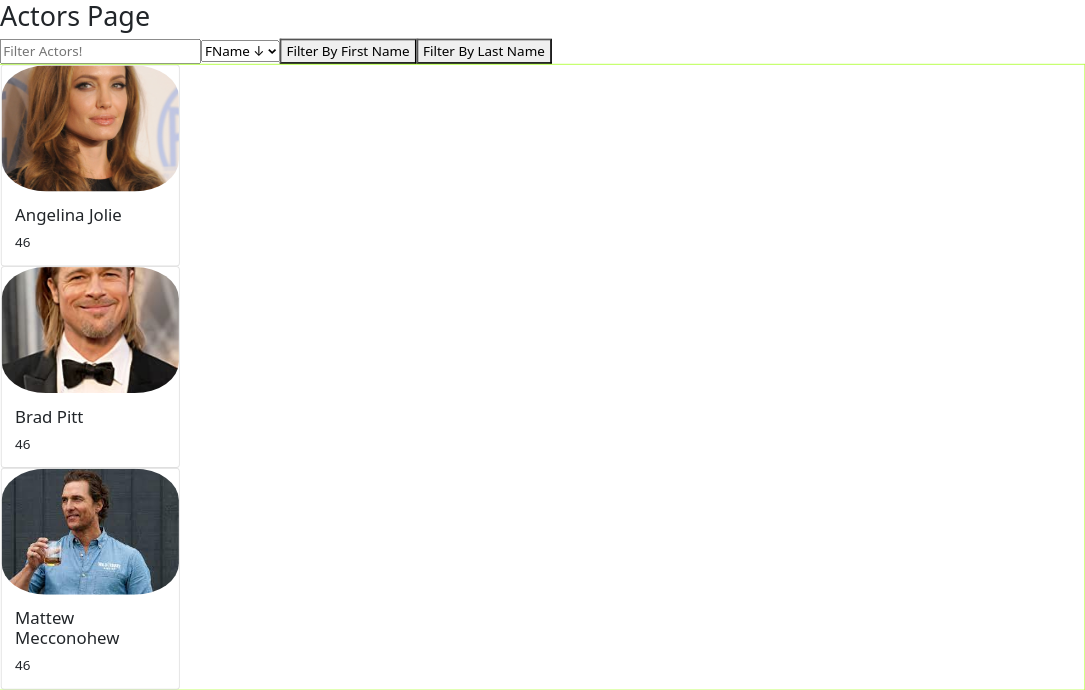
Repository: shuroo/FECourse-react-movieapp
Page: /
These files come from the project's save history. The page is drawn as it stood at one moment and after the next save; the edit follows.
The browser window is 1280 px wide. The page is 1292 px wide, so the pictures cover 1292 px, including what lies to the right of the window. The pictures show the whole page, at 84% of full size.
The project was rebuilt for these pictures with package versions that can differ from the ones it lists, and the page was loaded fresh each time. Also part of the build but not shown: src/App.css.

Above is the page before, as saved 2021-07-25 01:42:19.

After the next save:
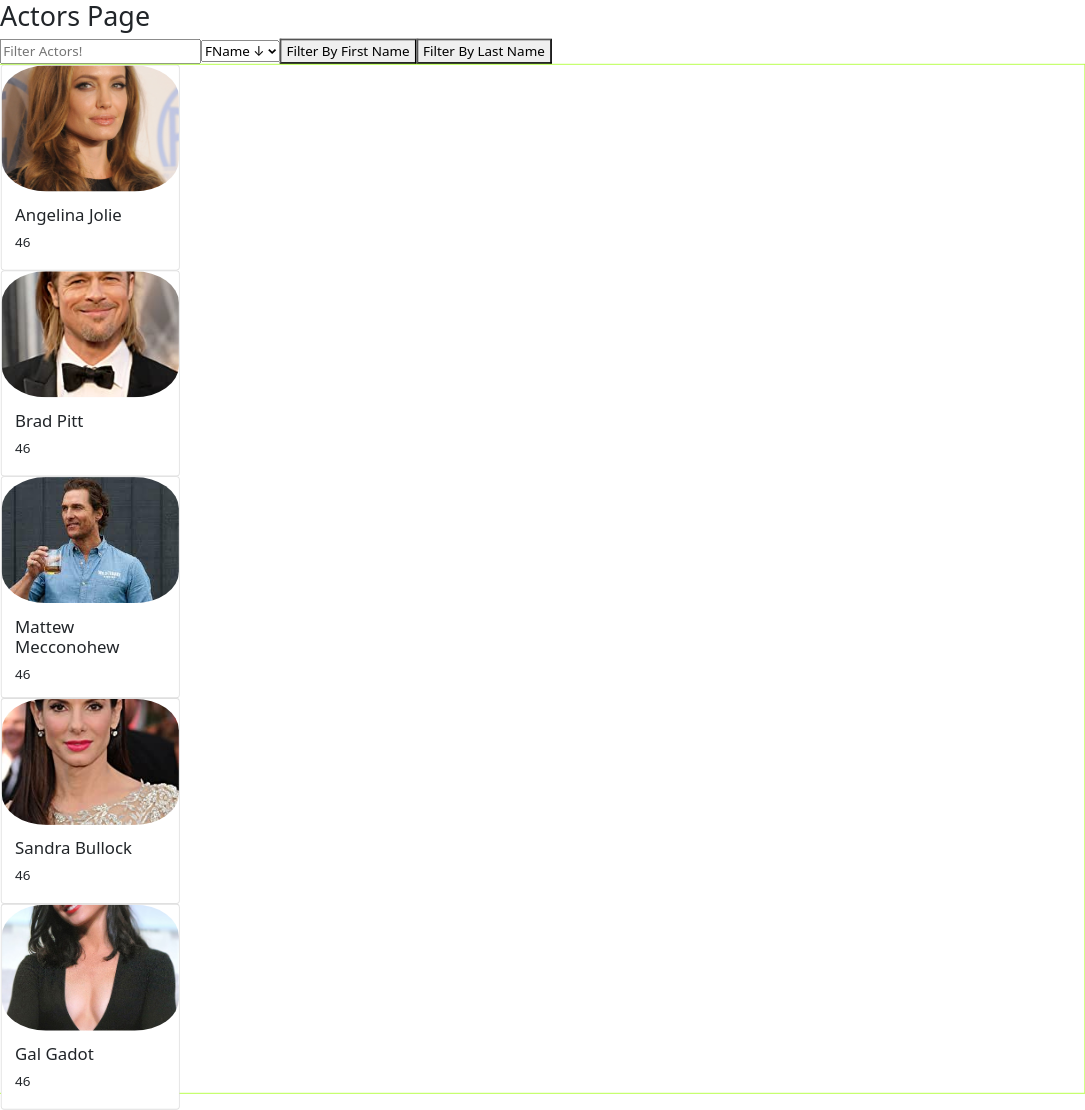
Saved 3 min 15 s later.
--- a/src/pages/ActorsPage.jsx
+++ b/src/pages/ActorsPage.jsx
@@ -8,10 +8,9 @@ function ActorsPage() {
 
     const allActors = [ new ActorModel("Angelina", "Jolie", new Date("04/06/1975"), "./angeline.jpg", "https://www.imdb.com/name/nm0001401/"),
     new ActorModel("Brad", "Pitt", new Date("04/06/1975"), "./brad_pitt.jpg", "https://www.imdb.com/name/nm0000093/"),
-    new ActorModel("Mattew", "Mecconohew", new Date("04/06/1975"), "./mattehew_mecc.jpeg","https://www.imdb.com/name/nm0000190/",
-    new ActorModel("Sandra", "Bullock", new Date("04/06/1975"), "./sandra_bullock.jpg", "https://www.imdb.com/name/nm0000113/",
-
-    new ActorModel("Gal", "Gadot", new Date("04/06/1975"), "./gal_gadot.jpg", "https://www.imdb.com/name/nm0000113/")))];
+    new ActorModel("Mattew", "Mecconohew", new Date("04/06/1975"), "./mattehew_mecc.jpeg","https://www.imdb.com/name/nm0000190/"),
+    new ActorModel("Sandra", "Bullock", new Date("04/06/1975"), "./sandra_bullock.jpg", "https://www.imdb.com/name/nm0000113/"),
+    new ActorModel("Gal", "Gadot", new Date("04/06/1975"), "./gal_gadot.jpg", "https://www.imdb.com/name/nm0000113/")];
 
     const [actors, setActors] = useState(
         allActors
